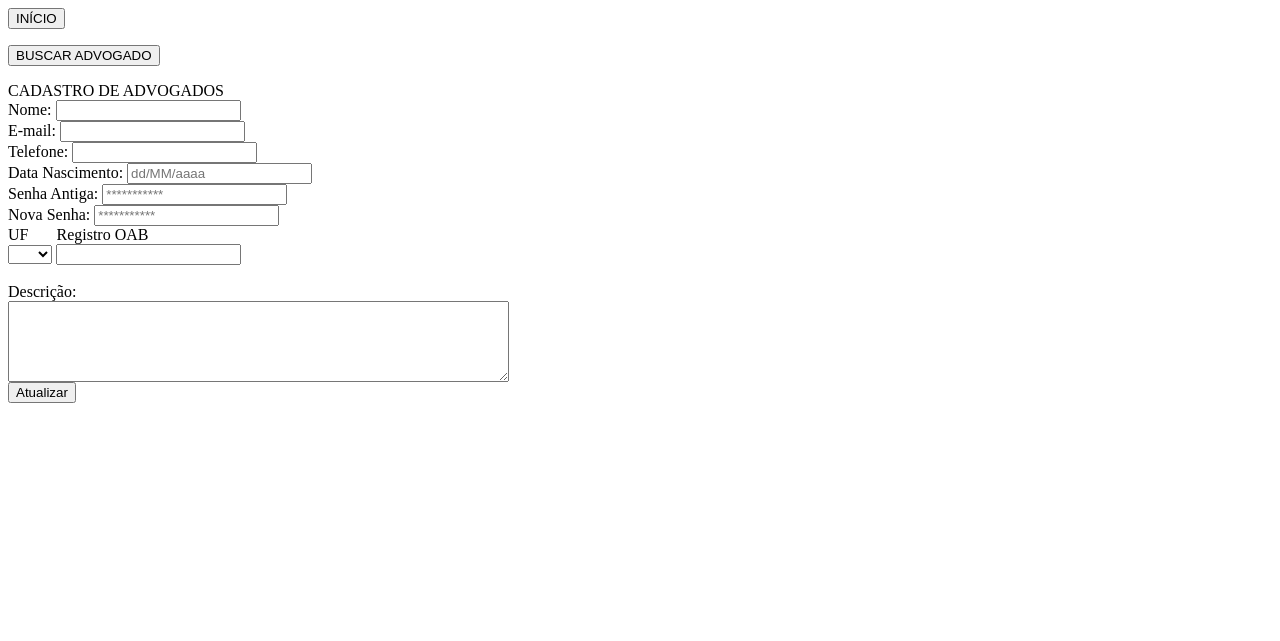
Repository: Natan16/CRUDJUSTTO
Page: http://localhost/CRUDJUSTTOWEB/edita-advogado.jsp
These files come from the project's save history. The page is drawn as it stood at one moment and after the next save; the edit follows.
The browser window is 1280 px wide. The pictures show the whole page.
The page is served by Tomcat 9. Other server files are loaded and not shown.

Above is the page before, as saved 2019-09-01 02:57:35.

### CRUDJUSTTOWEB/WebContent/edita-advogado.jsp
<%@ page import="utils.Listagens,
				 java.util.List,
                  dao.*,
                  model.*" %>

<html>
     <body>

     	<form action="index.html" method="post">
			<input type="submit" value="INÍCIO" >
		</form>

		<form action="consulta-advogado.jsp" method="post">
			<input type="submit" value="BUSCAR ADVOGADO" >
		</form>
          CADASTRO DE ADVOGADOS <br />

      	<form action="editaAdvogado">


			 Nome: <input type="text" name="nome" value="${param.nome}"  required/><br />
         	 E-mail: <input type="text" name="email" value="${param.email}" required/><br />
             Telefone: <input type="text" name="telefone" value="${param.telefone}"/><br />
             Data Nascimento: <input type="text" name="dataNascimento" placeholder="dd/MM/aaaa"/><br />
             Senha Antiga: <input type="password" name="senha" placeholder="***********" required/><br />
             Nova Senha: <input type="password" name="nova_senha" placeholder="***********"/><br />


                          UF &nbsp;&emsp; Registro OAB <br />
             <select name="ufOAB">
           		<option selected>${param.ufOAB}</option>
             	<%
             	List<String> ufs = Listagens.getUfs();
			 	for (String uf : ufs ) {
                %>
                	<option value=<%=uf %>><%=uf%></option>
                <%
                }
                %>
  			 </select>
  			 <input type="text" name="registroOAB" value = "${param.registroOAB}"/><br />
  			 <br />

             Descrição: <br />
             <textarea rows = "5" cols = "60" name = "desc"  value = "${param.descricao}"></textarea><br>
             <input   type="submit" value="Atualizar" />
         </form>

     </body>
 </html>

### CRUDJUSTTOWEB/src/utils/Listagens.java
package utils;

import java.util.ArrayList;
import java.util.List;


public class Listagens {
	private static List<String> ufs = new ArrayList<>(
			  List.of("AC","AL","AM","AP","BA","CE","DF","ES","GO","MA","MG","MS","MT","PA","PB","PE","PI",
			"PR","RJ","RN","RO","RR","RS","SC","SE","SP","TO"));

	public static List<String> getUfs() {
		return ufs;
	}

	private static List<Character> tiposDeRegistro = new ArrayList<>(
			  List.of('A', 'B' , 'E' , 'N' , 'P' , 'D'));

	public static List<Character> getTiposDeRegistro() {
		return tiposDeRegistro;
	}

}

### CRUDJUSTTOWEB/WebContent/Estilo.css


form , body{
    font-family: Verdana,Tahoma,sans-serif;
    font-size: 15px;
    background-color: #CC3300;
    max-width: 500px;
}

h1 {
    margin-bottom: 20px;
    margin-left: 20px;
    color: #66FFFF;
    text-shadow: 5px 5px 5px black;
}

select {
	width: 70px;
    padding: 10px;
    color: black;
    margin-left: 20px;
    -webkit-border-radius: 5px;
    -moz-border-radius: 5px;
    border: 1px solid;
}

input, textarea {
    width: 200px;
    padding: 10px;
    color: black;
    margin-left: 20px;
    -webkit-border-radius: 5px;
    -moz-border-radius: 5px;
    border: 1px solid;
}

input:hover, textarea:hover, input:focus, textarea:focus {
    border-color: #000066;
    box-shadow: 5px 0px 9px #FFFF00;
    background-color: #66FFFF;
    color: black;
    font-weight: bold;
}

.submit input {
    background-color: #66FFFF;
    height: 40px;
    width: 100px;
    font-weight: bold;
    border-radius: 5px;
    -webkit-border-radius: 5px;
    -moz-border-radius: 5px;
    border: 1px solid;
    color: black;
}

textarea {
    width: 400px;
    height: 120px;
    line-height: 20px;
    max-width: 400px;
}

form label {
    margin-left: 20px;
    color: #FFFFFF;
    font-weight: bold;
}

After the next save:
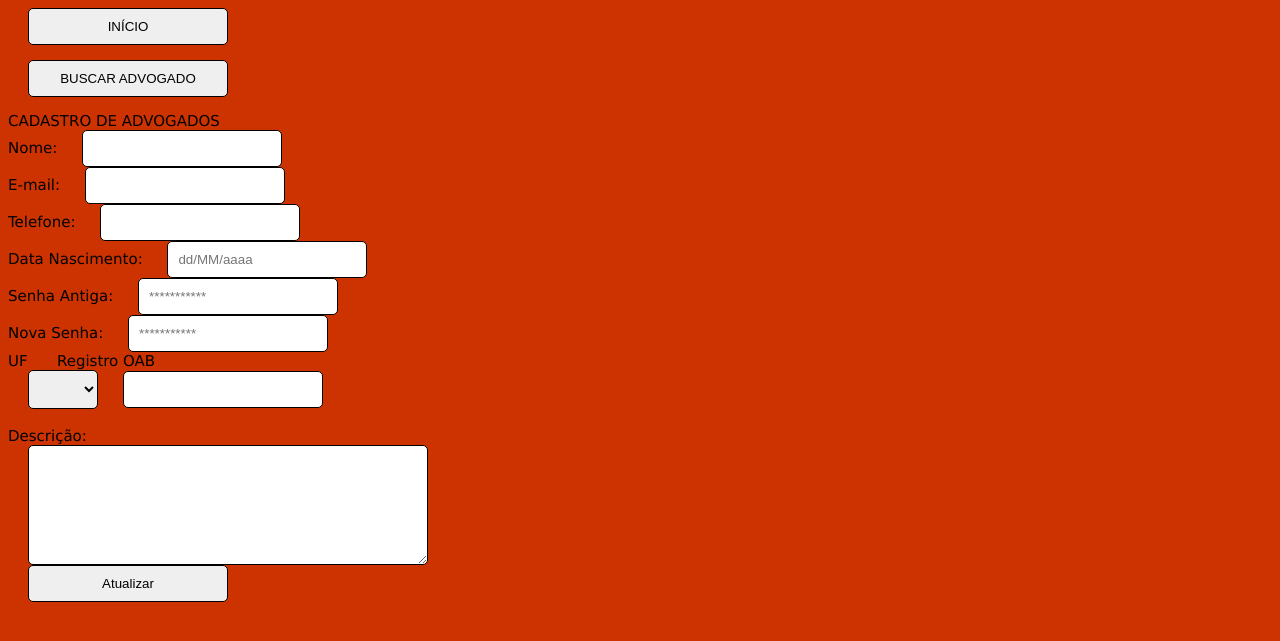
Saved 2 min 54 s later.
--- a/CRUDJUSTTOWEB/WebContent/edita-advogado.jsp
+++ b/CRUDJUSTTOWEB/WebContent/edita-advogado.jsp
@@ -4,6 +4,9 @@
                   model.*" %>
 
 <html>
+	<head>
+		<link href="Estilo.css" rel="stylesheet" media="all" />
+	</head>
      <body>
 
      	<form action="index.html" method="post">
